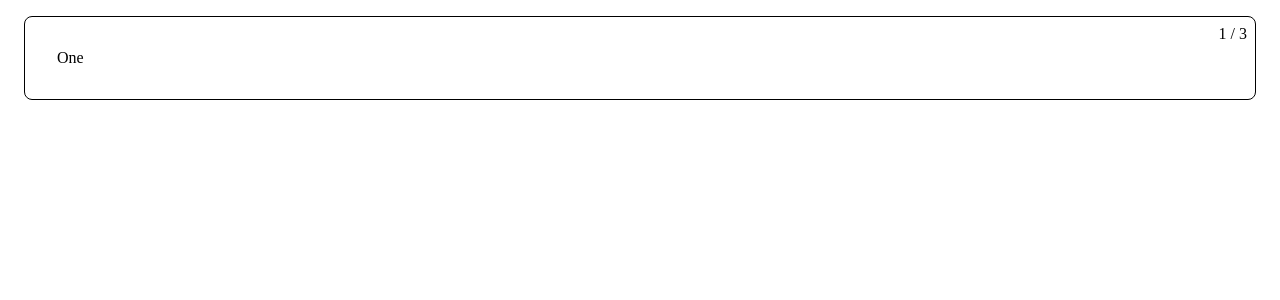
Repository: mohamediyas/reactMultiForm
Page: /
These files come from the project's save history. The page is drawn as it stood at one moment and after the next save; the edit follows.
The browser window is 1280 px wide. The pictures show the whole page.
The project was rebuilt for these pictures with package versions that can differ from the ones it lists, and the page was loaded fresh each time. Also part of the build but not shown: vite.config.ts.

Above is the page before, as saved 2022-10-08 19:35:45.

After the next save:
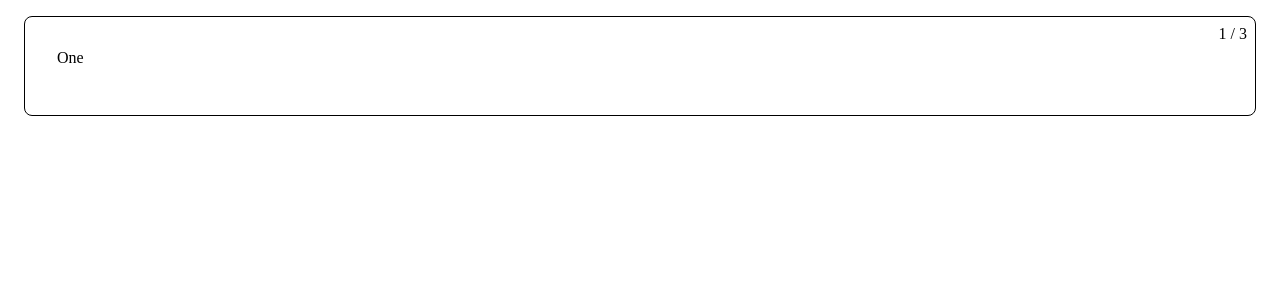
Saved 106 s later.
--- a/src/App.tsx
+++ b/src/App.tsx
@@ -36,6 +36,14 @@ function App() {
         </div>
 
         {step}
+        <div
+          style={{
+            marginTop: "1rem",
+            display: "flex",
+            gap: "0.5rem",
+            justifyContent: "flex-end",
+          }}
+        ></div>
       </form>
     </div>
   );
